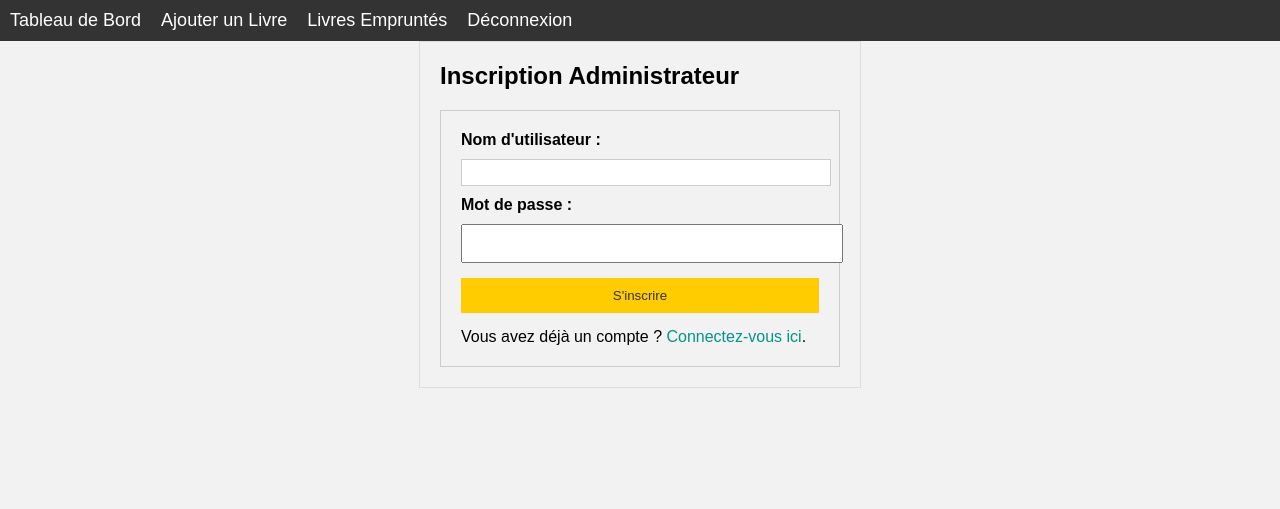
Repository: Eurin-lumen/space
Page: http://localhost/admin/admin_register.php
These files come from the project's save history. The page is drawn as it stood at one moment and after the next save; the edit follows.
The browser window is 1280 px wide. The pictures show the whole page.
The page is run by PHP 8.4 with error messages shown; the project is at /var/www/html/.

Above is the page before, as saved 2023-07-23 03:44:35.

After the next save:
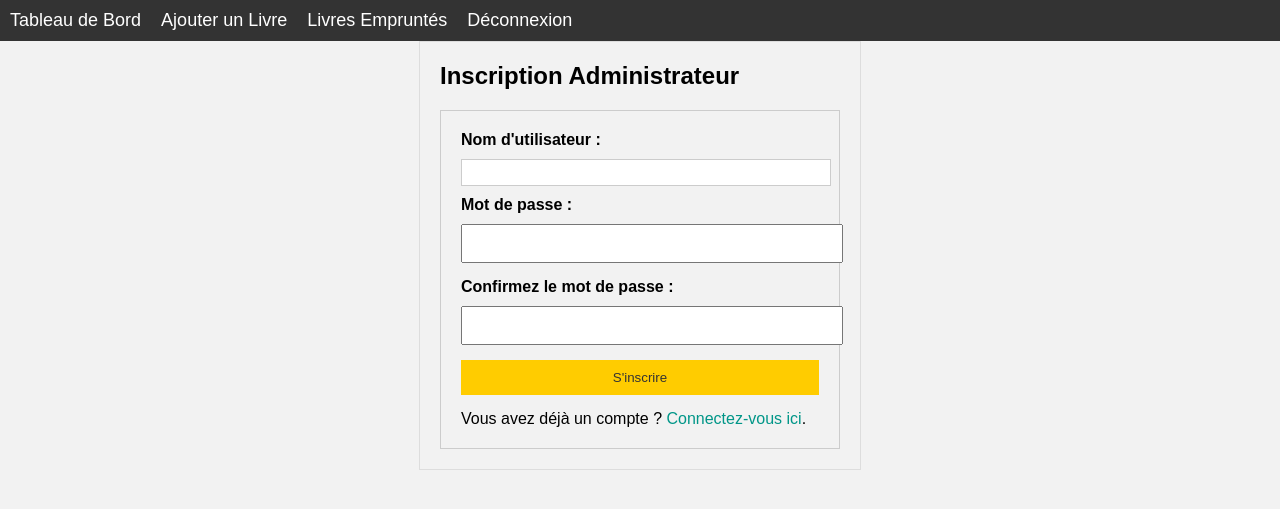
Saved 90 s later.
--- a/admin/admin_register.php
+++ b/admin/admin_register.php
@@ -45,6 +45,9 @@
             <label for="password">Mot de passe :</label>
             <input type="password" id="password" name="password" required>
 
+            <label for="confirm_password">Confirmez le mot de passe :</label>
+            <input type="password" id="confirm_password" name="confirm_password" required>
+
             <input type="submit" value="S'inscrire">
 
             <p>Vous avez déjà un compte ? <a href="admin_login.php">Connectez-vous ici</a>.</p>
